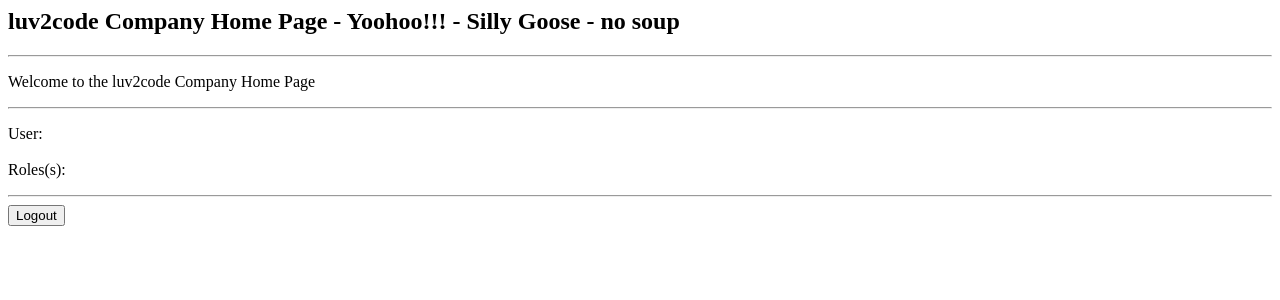
Repository: dchan98/spring-security-demo
Page: http://localhost/spring-security-demo-07-user-roles/WEB-INF/view/home.jsp
The author's editor kept a copy of each file at every save. The page is drawn from the files as they stood at one save, then again after a run of saves.
The browser window is 1280 px wide. The pictures show the whole page.
The page is served by Tomcat 9. Nobody is signed in. Other server files are loaded and not shown. The template is opened directly, without the code that normally fills it, so the values that code supplies are empty.

Above is the page before, as saved 2019-02-07 05:53:10.

### spring-security-demo-starter/spring-security-demo-07-user-roles/src/main/webapp/WEB-INF/view/home.jsp
<%@ taglib prefix="form" uri="http://www.springframework.org/tags/form" %>
<%@ taglib prefix="security" uri="http://www.springframework.org/security/tags" %>

<html>
<head>
	<title>luv2code Company Home Page</title>
</head>

<body>
	<h2>luv2code Company Home Page - Yoohoo!!! - Silly Goose - no soup</h2>
	<hr>

	<p>
	Welcome to the luv2code Company Home Page
	</p>

	<hr>
	<!-- display user name and role -->
	<p>
		User: <security:authentication property="principal.username" />
		<br><br>
		Roles(s): <security:authentication property="principal.authorities" />
	</p>

	<hr>
	<!-- Add a link to point to /leaders ... this is for the managers -->




	<!-- Add a logout button -->
	<form:form action="${pageContext.request.contextPath}/logout"
				method="POST">
		<input type="submit" value="Logout" />
	</form:form>
</body>
</html>

After the next 2 saves:
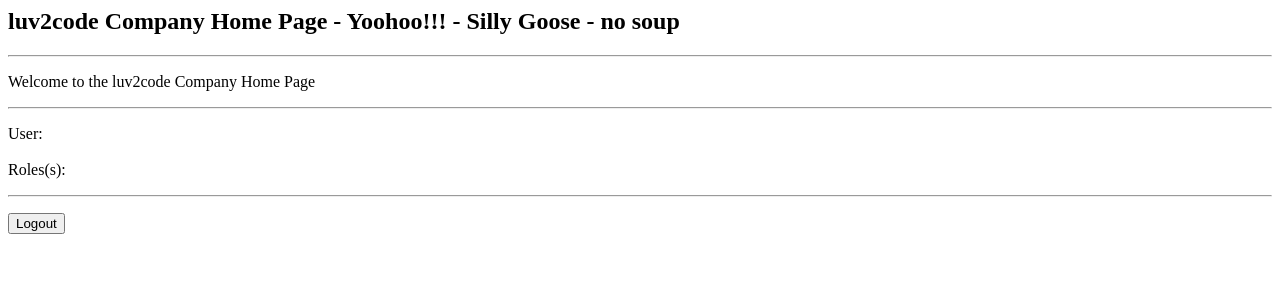
The 2 saves are shown as one change because 1 did not build or start.
The last was saved 32 s later.
--- a/spring-security-demo-starter/spring-security-demo-07-user-roles/src/main/webapp/WEB-INF/view/home.jsp
+++ b/spring-security-demo-starter/spring-security-demo-07-user-roles/src/main/webapp/WEB-INF/view/home.jsp
@@ -24,7 +24,10 @@
 
 	<hr>
 	<!-- Add a link to point to /leaders ... this is for the managers -->
+	<form:form action="${pageContext.request.contextPath}/logout" method="POST">
 
+
+	</form:form>
 
 
 
